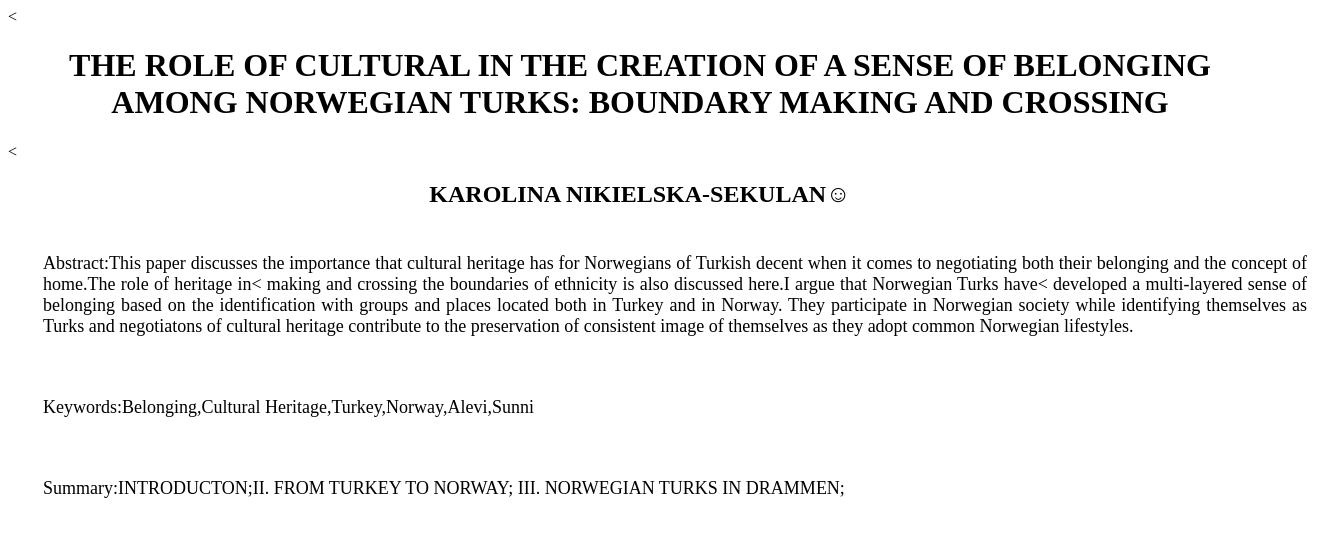
Repository: Pholi658/HTML-Task1
Page: Task2.html/No2.html
An editor plug-in stored every save of this project. The page is shown before and after the next save, followed by the edit.
The browser window is 1280 px wide. The page is 1332 px wide, so the pictures cover 1332 px, including what lies to the right of the window. The pictures show the whole page.

Above is the page before, as saved 2024-10-17 14:52:47.

### Task2.html/No2.html
<!Doctype html>
<html lang=en>
< <head>
    <title>no2 task</title>
    <style>
        h1,
        h2 {
            text-align: center;
        }

        p {

            width: 100%;
            border: 7px honeydew;
            padding: 25px;
            margin: 10px;
            text-align: justify;
            font-size: 18px;

        }
    </style>
    </head>

    <body>
        <h1>THE ROLE OF CULTURAL IN THE CREATION OF A
            SENSE OF BELONGING AMONG NORWEGIAN TURKS:
            BOUNDARY MAKING AND CROSSING
        </h1>
        <<h2>KAROLINA NIKIELSKA-SEKULAN☺</h2>
            <p>Abstract:This paper discusses the importance that cultural heritage has for Norwegians of Turkish
                decent when it comes to negotiating both their belonging and the concept of home.The role of heritage
                in< making and crossing the boundaries of ethnicity is also discussed here.I argue that Norwegian Turks
                    have< developed a multi-layered sense of belonging based on the identification with groups and
                    places located both in Turkey and in Norway. They participate in Norwegian society while identifying
                    themselves as Turks and negotiatons of cultural heritage contribute to the preservation of
                    consistent image of themselves as they adopt common Norwegian lifestyles.</p>
                    <p>Keywords:Belonging,Cultural Heritage,Turkey,Norway,Alevi,Sunni</p>
                    <p>Summary:INTRODUCTON;II. FROM TURKEY TO NORWAY; III. NORWEGIAN TURKS IN DRAMMEN;<IV. ETHODOLOGY;
                            V. HERITAGE AND BELONGING.BOUNDARY MAKING AND CROSSING; V.1. Dual Belonging; V.2.
                            Dual(non)belonging; V.3. Heritage:boundary making and crossing;VI.CONCLUSIONS</p>
    </body>

</html>

After the next save:
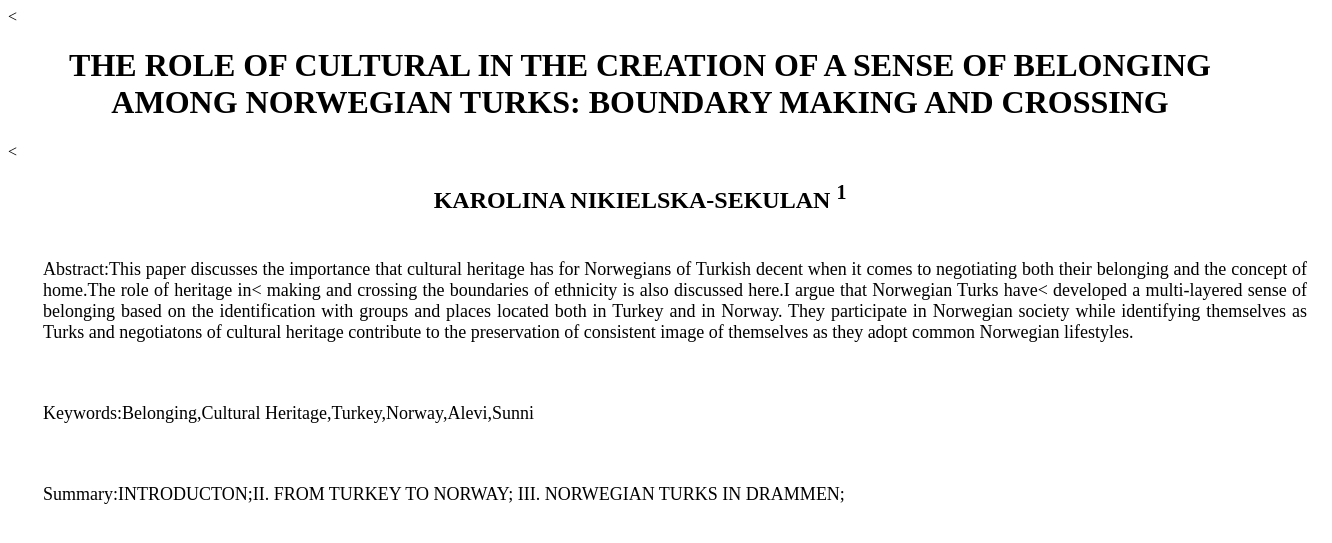
Saved 2 min 27 s later.
--- a/Task2.html/No2.html
+++ b/Task2.html/No2.html
@@ -26,7 +26,7 @@
             SENSE OF BELONGING AMONG NORWEGIAN TURKS:
             BOUNDARY MAKING AND CROSSING
         </h1>
-        <<h2>KAROLINA NIKIELSKA-SEKULAN☺</h2>
+        <<h2>KAROLINA NIKIELSKA-SEKULAN <sup>1</sup></h2>
             <p>Abstract:This paper discusses the importance that cultural heritage has for Norwegians of Turkish
                 decent when it comes to negotiating both their belonging and the concept of home.The role of heritage
                 in< making and crossing the boundaries of ethnicity is also discussed here.I argue that Norwegian Turks
